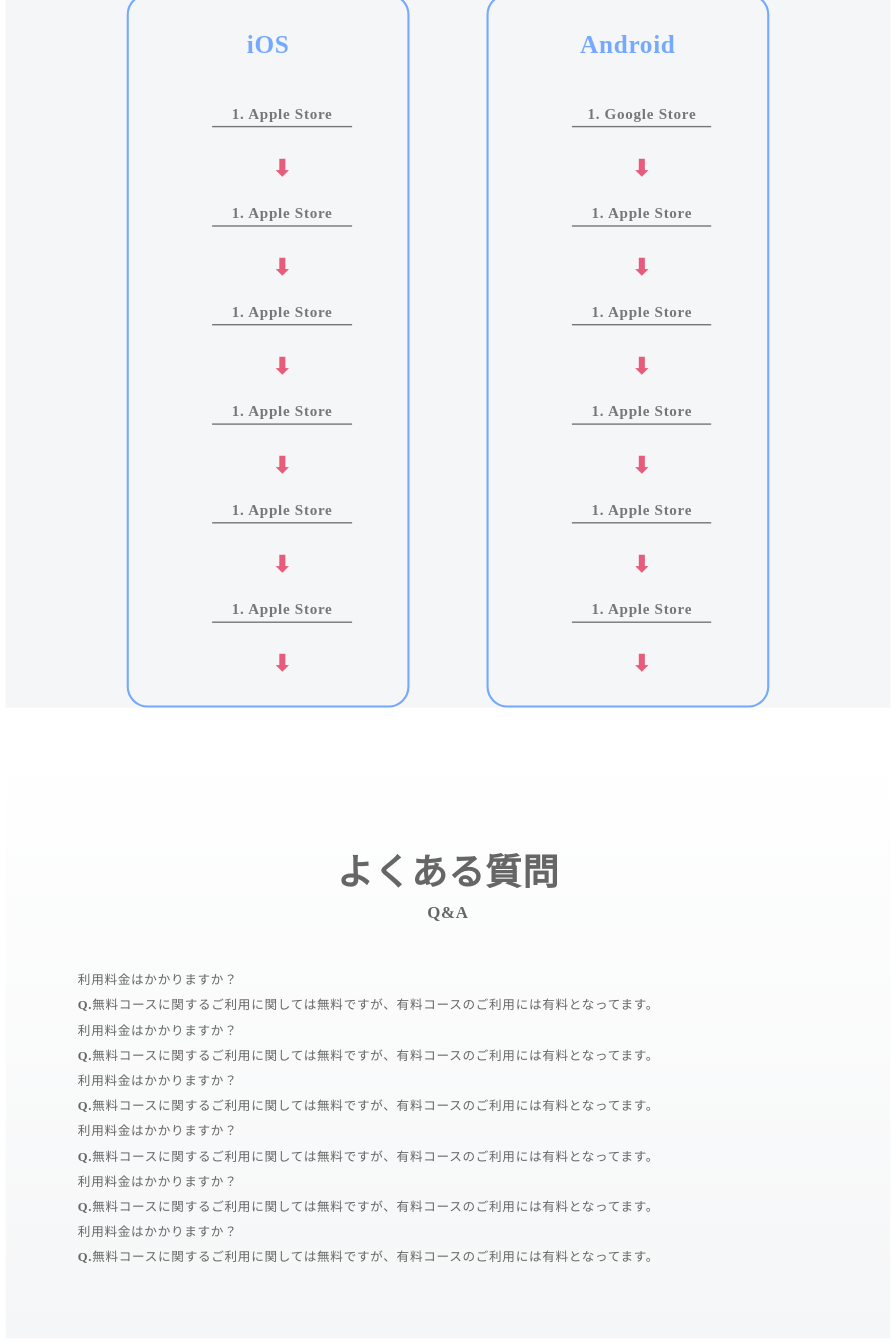
Repository: nozomi-23/LP2
Page: index.html
The author's editor kept a copy of each file at every save. The page is drawn from the files as they stood at one save, then again after a run of saves.
The browser window is 1280 px wide. The pictures show the part of the page from y = 4267 to 6187 px (the page is 6187 px tall), at 70% of full size.

Above is the page before, as saved 2022-06-15 18:35:55.
Not found: css/reset.css

After the next 2 saves:
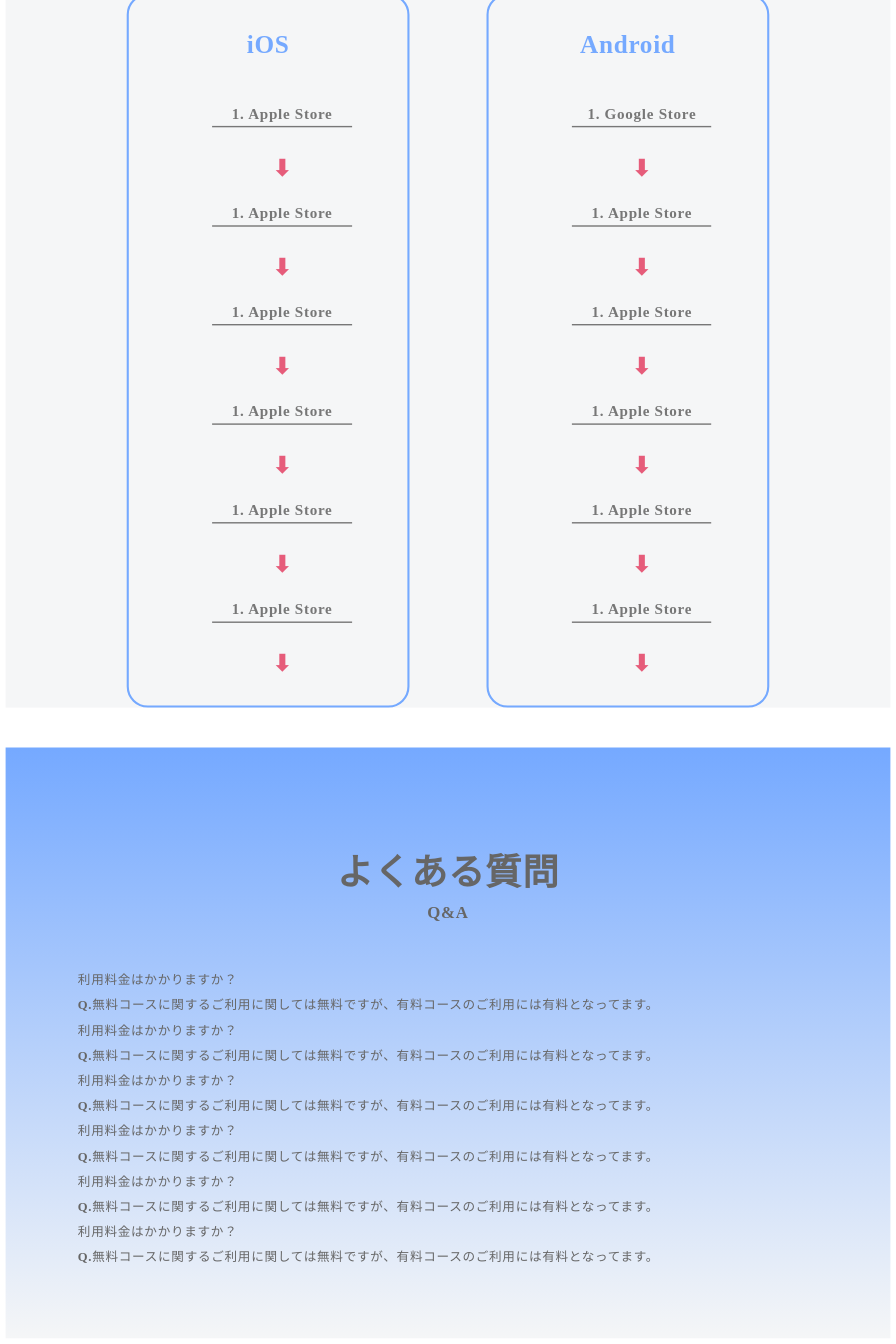
The 2 saves are shown as one change because they came seconds apart.
The last was saved 15 s later.
--- a/css/common.css
+++ b/css/common.css
@@ -273,5 +273,5 @@
 faq
 =======================*/
 .faq {
-  background: linear-gradient(to bottom, #fff, #f5f6f7);
-}
+  background: linear-gradient(to bottom, #75a9ff, #f5f6f7);
+}
